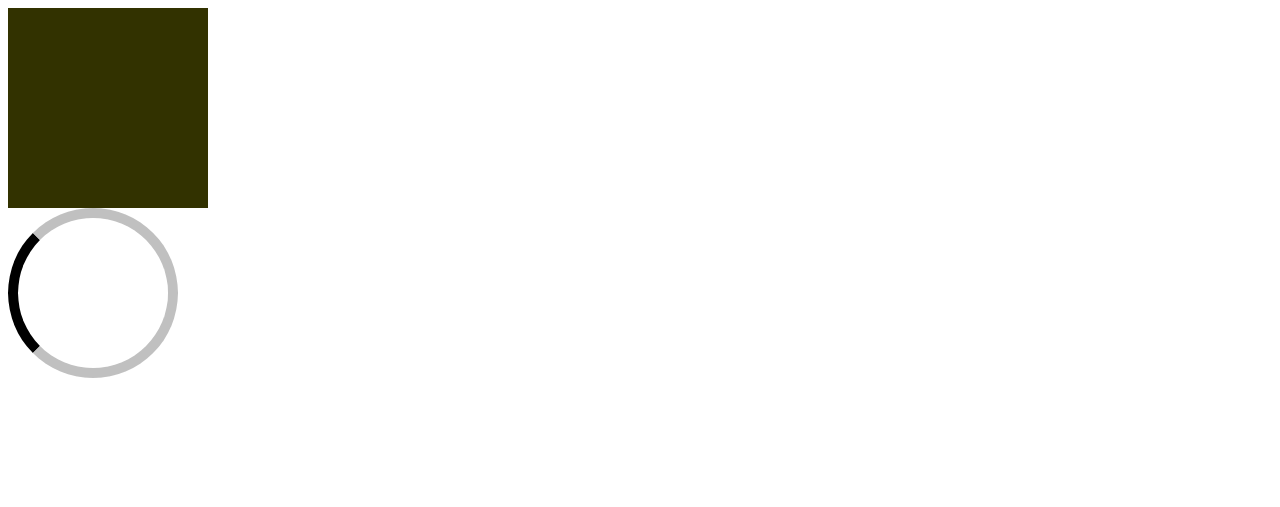
Repository: mariawasilewa-coca-cola/test1
Page: index.html
An editor plug-in stored every save of this project. The page is shown before and after the next save, followed by the edit.
The browser window is 1280 px wide. The pictures show the whole page.

Above is the page before, as saved 2021-11-04 19:13:34.

After the next save:
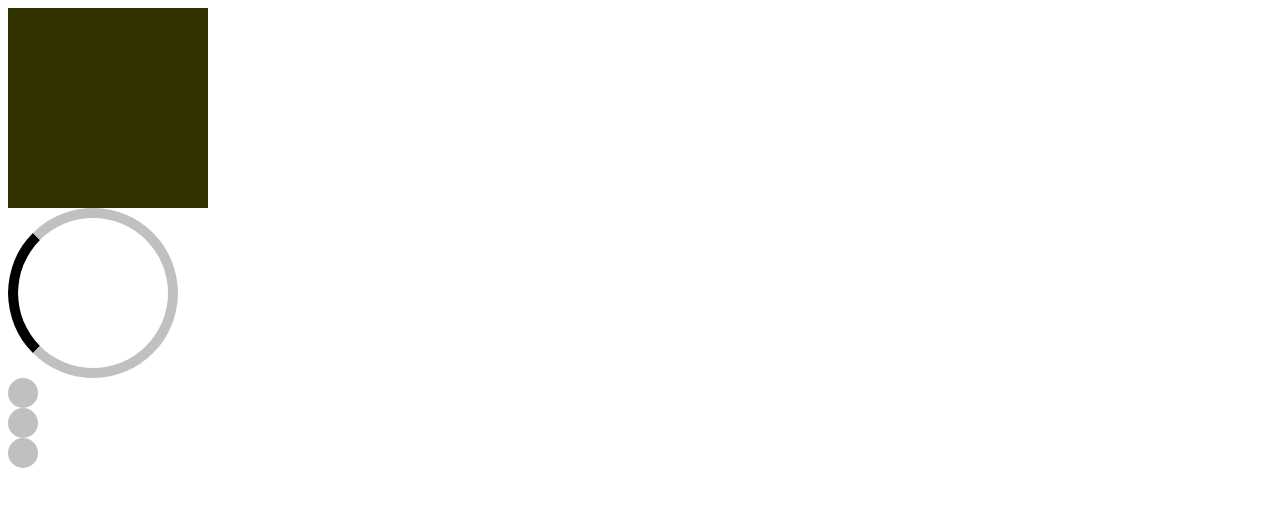
Saved 17 s later.
--- a/style.css
+++ b/style.css
@@ -55,4 +55,5 @@
     width: 30px;
     height: 30px;
     border-radius: 50%;
+    background-color: silver;
 }
